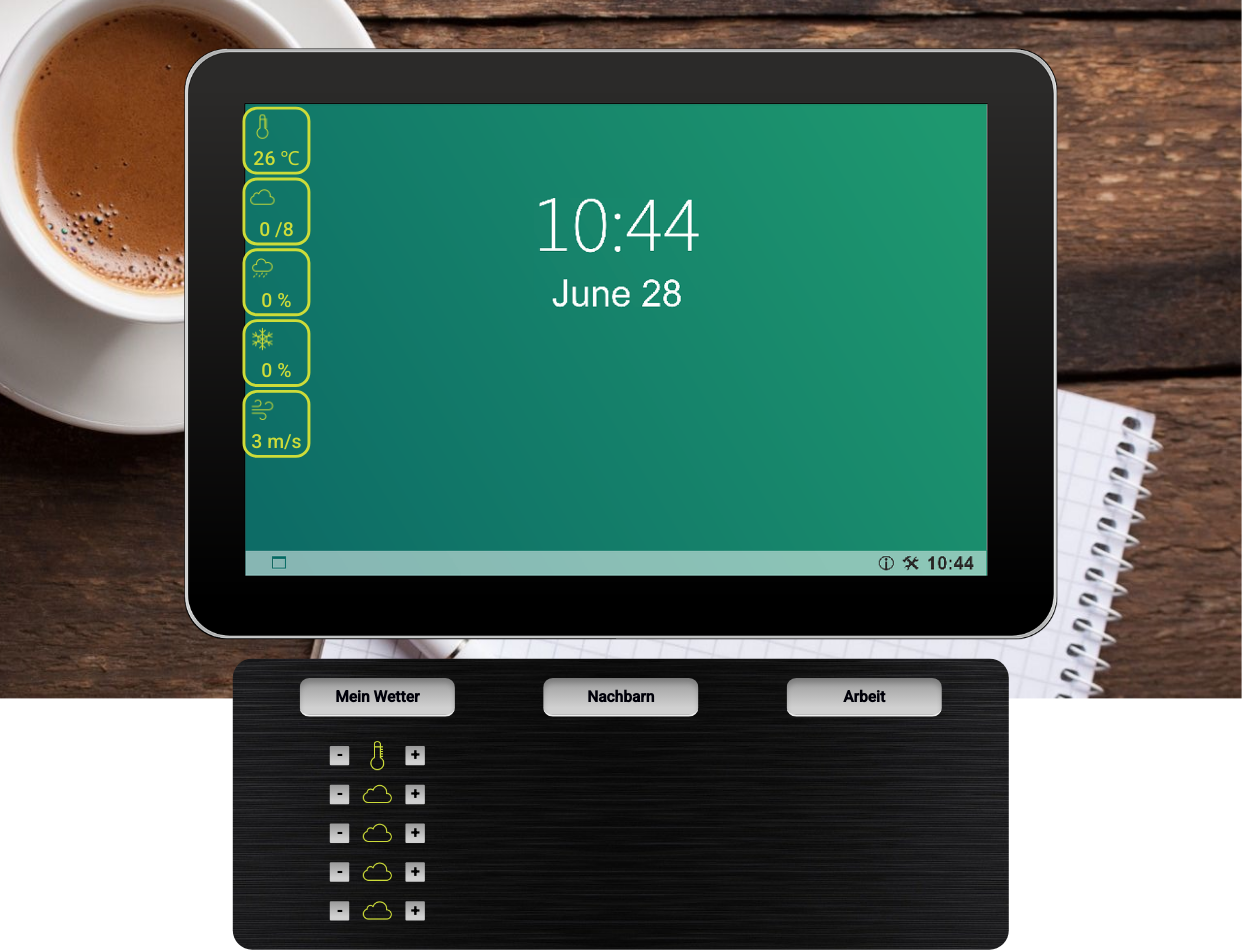
Repository: NadiaSchmitz/wetter.githab.io
Page: index.html
The author's editor kept a record of every edit. The page is drawn from the files as they stood at one moment, then again after the next edit.
The browser window is 1280 px wide. The pictures show the whole page, at 97% of full size.

Above is the page before.
Not found: styles/background1.css
Not found: styles/background2.css
Not found: styles/background3.css

### index.html
<!DOCTYPE html>
<html>

<head>
  <meta charset="utf-8" />
  <title>Das Wetter</title>
  <link rel="stylesheet" href="./styles/reset.css" type="text/css" />
  <link rel="stylesheet" href="./styles/style.css" type="text/css" />
  <link rel="stylesheet" href="./styles/icons.css" type="text/css" />
  <link rel="stylesheet" href="./styles/table.css" type="text/css" />
  <link rel="stylesheet" href="./styles/tablet.css" type="text/css" />
  <link rel="stylesheet" href="./styles/keyboard.css" type="text/css" />
  <link rel="stylesheet" href="./styles/background1.css" type="text/css" />
  <link rel="stylesheet" href="./styles/background2.css" type="text/css" />
  <link rel="stylesheet" href="./styles/background3.css" type="text/css" />
  <meta name="viewport" content="width=device-width, initial-scale=1.0">
  <link rel="preconnect" href="https://fonts.googleapis.com">
  <link rel="preconnect" href="https://fonts.gstatic.com" crossorigin>
  <link href="https://fonts.googleapis.com/css2?family=Roboto:wght@500&display=swap" rel="stylesheet">
  <link rel="shortcut icon" href="images/favicon.png" type="image/x-icon">
  <script src="https://ajax.googleapis.com/ajax/libs/jquery/2.2.0/jquery.min.js"></script>

</head>

<body>
  <section class="wrapper">
    <div class="coffee"></div>
    <section class="inner_wrapper">
      <div class="weather_wrapper">
        <div id="weather" class="main_layout_my_weather">
        <div id="layout_1" class="layout1_my_weather"></div>
        <div class="status_wrapper">
          <div class="status status_temperature">
            <div class="status_value status_temperature_value">
              <span>26</span>
              <span class="celsius">&#8451;</span>
            </div>
          </div>
          <div class="status status_clouds">
            <div class="status_value status_clouds_value">
              <span>0</span>
              <span>/8</span>
            </div>
          </div>
          <div class="status status_rain">
            <div class="status_value status_rain_value">
              <span>0</span>
              <span>%</span>
            </div>
          </div>
          <div class="status status_snow">
            <div class="status_value status_snow_value">
              <span>0</span>
              <span>%</span>
            </div>
          </div>
          <div class="status status_wind">
            <div class="status_value status_wind_value">
              <span>3</span>
              <span>m/s</span>
            </div>
          </div>
        </div>
      </div>
      </div>
      <div class="control">
        <div class="control_keyboard">
          <div class="control_keyboard_section">
            <div class="weather_button_wrapper">
              <span id="myWeather" class="weather_button">Mein Wetter</span>
            </div>
            <div class="control_keyboard_content">
              <div class="control_keyboard_content_item">
                <span class="control_button temperatur_minus">-</span>
                <span class="control_weather temperatur_value"></span>
                <span class="control_button temperatur_plus">+</span>
              </div>
              <div class="control_keyboard_content_item">
                <span class="control_button clouds_minus">-</span>
                <span class="control_weather clouds_value"></span>
                <span class="control_button clouds_plus">+</span>
              </div>
              <div class="control_keyboard_content_item">
                <span class="control_button clouds_minus">-</span>
                <span class="control_weather clouds_value"></span>
                <span class="control_button clouds_plus">+</span>
              </div>
              <div class="control_keyboard_content_item">
                <span class="control_button clouds_minus">-</span>
                <span class="control_weather clouds_value"></span>
                <span class="control_button clouds_plus">+</span>
              </div>
              <div class="control_keyboard_content_item">
                <span class="control_button clouds_minus">-</span>
                <span class="control_weather clouds_value"></span>
                <span class="control_button clouds_plus">+</span>
              </div>
            </div>
          </div>
          <div class="control_keyboard_section">
            <div class="weather_button_wrapper">
              <span id="nachbarnWeather" class="weather_button">Nachbarn</span>
            </div>
          </div>
          <div class="control_keyboard_section">
            <div class="weather_button_wrapper">
              <span id="arbeitWeather" class="weather_button">Arbeit</span>
            </div>
          </div>
        </div>
      </div>
    </section>
  </section>
  <script type="text/javascript" src="./js/weather.js"></script>
  <script type="text/javascript" src="./js/general.js"></script>
</body>

</html>

### styles/reset.css
html, body, div, span, applet, object, iframe,
h1, h2, h3, h4, h5, h6, p, blockquote, pre,
a, abbr, acronym, address, big, cite, code,
del, dfn, em, img, ins, kbd, q, s, samp,
small, strike, strong, sub, sup, tt, var,
b, u, i, center,
dl, dt, dd, ol, ul, li,
fieldset, form, label, legend,
table, caption, tbody, tfoot, thead, tr, th, td,
article, aside, canvas, details, embed,
figure, figcaption, footer, header, hgroup,
menu, nav, output, ruby, section, summary,
time, mark, audio, video {
	margin: 0;
	padding: 0;
	box-sizing: border-box;
	border: 0;
	font-size: 100%;
	font: inherit;
	vertical-align: baseline;
}
/* HTML5 display-role reset for older browsers */
article, aside, details, figcaption, figure,
footer, header, hgroup, menu, nav, section {
	display: block;
}
body {
	line-height: 1;
}
ol, ul {
	list-style: none;
}
blockquote, q {
	quotes: none;
}
blockquote:before, blockquote:after,
q:before, q:after {
	content: '';
	content: none;
}
table {
	border-collapse: collapse;
	border-spacing: 0;
}

### styles/style.css
.wrapper {
  background-image: url(../images/table.jpg);
  height: calc(100vh);
  background-position: 50% -200px;
}

.inner_wrapper {
  font-family: 'Roboto', sans-serif;
  padding: 50px  0 0 0;
}

.weather_wrapper {
  width: 900px;
  height: 609px;
  background-image: url(../images/tablet.png);
  background-size: contain;
  background-repeat: no-repeat;
  margin: 0 auto 20px;
  padding: 50px;
}

#weather {
  position: relative;
  width: 800px;
  height: 511px;
  background-size: cover;
  background-repeat: no-repeat;
  background-position: 50%;
  margin: 0 auto;
}



#layout_1 {
  position: absolute;
  top: 0;
  bottom: 0;
  left: 0;
  right: 0;
  background-size: cover;
  background-position: 40% 0;
}

.status_wrapper {
  padding: 10px 0 0 10px;
}

.status {
  position: relative;
  width: 70px;
  height: 70px;
  border-radius: 15px;
  border: 3px solid #cddc39;
  background-size: 25px;
  background-position: 5px 5px;
  background-repeat: no-repeat;
  margin: 0 0 3px 0;
}

.status:last-of-type {
  margin: 0;
}

.status_value {
  font-size: 20px;
  line-height: 40px;
  text-align: center;
  color: #cddc39;
  margin: 30px 0 0 0;
}

.control {

}

.control_keyboard {
  width: 800px;
  height: 300px;
  background-color: #3a3939;
  background-size: cover;
  border-radius: 20px;
  text-align: center;
  margin: 0 auto;
  padding: 20px;
}

.control_keyboard_section {
  display: inline-block;
  vertical-align: top;
  width: 32.5%;
  padding: 0 10px 0 10px;
}

.weather_button_wrapper {
  margin: 0 0 30px 0;
}

.weather_button {
  width: 160px;
  height: 40px;
  border-bottom: 2px solid #eee;
  box-shadow: inset rgba(0,0,0,0.2) 0px 5px 6px;
  display: block;
  font-size: 16px;
  line-height: 40px;
  color: #000009;
  font-weight: 700;
  text-align: center;
  text-decoration: none;
  background-image: -webkit-linear-gradient(top, #999, #d0d0d0 80%);
  background-image: -moz-linear-gradient(top, #999, #d0d0d0 80%);
  background-image: -ms-linear-gradient(top, #999, #d0d0d0 80%);
  background-image: -o-linear-gradient(top, #999, #d0d0d0 80%);
  background-image: linear-gradient(top, #999, #d0d0d0 80%);
  -moz-border-radius: 10px;
  -webkit-border-radius: 10px;
  border-radius: 10px;
  -webkit-transition: all .1s ease-in;
  -moz-transition: all .1s ease-in;
  -ms-transition: all .1s ease-in;
  -o-transition: all .1s ease-in;
  transition: all .1s ease-in;
  cursor: pointer;
  margin: 0 auto;
}

.weather_button:hover {
  -webkit-box-shadow: rgba(0,0,0,.4) 0 3px 8px;
  -moz-box-shadow: rgba(0,0,0,.4) 0 3px 8px;
  box-shadow: rgba(0,0,0,.4) 0 3px 8px;
}

.weather_button:active {
  color: #777;
  border-bottom: 1px solid #fff;
  -webkit-box-shadow: inset rgba(0,0,0,.5) 0px 5px 10px;
  -moz-box-shadow: inset rgba(0,0,0,.5) 0px 5px 10px;
  box-shadow: inset rgba(0,0,0,.5) 0px 5px 10px;
}

.control_keyboard_content_item {
  margin: 0 0 15px 0;
}

.control_button {
  display: inline-block;
  vertical-align: top;
  width: 20px;
  height: 20px;
  font-size: 16px;
  line-height: 20px;
  font-weight: 700;
  text-align: center;
  background-image: -webkit-linear-gradient(top, #999, #d0d0d0 80%);
  background-image: -moz-linear-gradient(top, #999, #d0d0d0 80%);
  background-image: -ms-linear-gradient(top, #999, #d0d0d0 80%);
  background-image: -o-linear-gradient(top, #999, #d0d0d0 80%);
  background-image: linear-gradient(top, #999, #d0d0d0 80%);
  -moz-border-radius: 1px;
  -webkit-border-radius: 1px;
  border-radius: 1px;
  -webkit-transition: all .1s ease-in;
  -moz-transition: all .1s ease-in;
  -ms-transition: all .1s ease-in;
  -o-transition: all .1s ease-in;
  transition: all .1s ease-in;
}

.control_weather {
  display: inline-block;
  vertical-align: top;
  width: 30px;
  height: 30px;
  background-position: 50%;
  background-size: cover;
  margin: -5px 10px 0 10px;
}

### js/weather.js
var weatherArray = [];
weatherArray = [
  {
    weatherOwner: "myWeather",
    temperaturUnderLimit: 25,
    temperaturStandart: 26,
    temperaturUpperLimit: 27,
    cloudsUnderLimit: 0,
    cloudsStandart: 0,
    cloudsUpperLimit: 1,
    rainUnderLimit: 0,
    rainStandart: 0,
    rainUpperLimit: 5,
    snowUnderLimit: 0,
    snowStandart: 0,
    snowUpperLimit: 0,
    windUnderLimit: 3,
    windStandart: 3,
    windUpperLimit: 5,
    mainLayoutClass: "main_layout_my_weather",
    layout1: "layout1_my_weather",
    layout2: ""
  },

  {
    weatherOwner: "nachbarnWeather",
    temperaturUnderLimit: 3,
    temperaturStandart: 5,
    temperaturUpperLimit: 8,
    cloudsUnderLimit: 7,
    cloudsStandart: 8,
    cloudsUpperLimit: 9,
    rainUnderLimit: 80,
    rainStandart: 90,
    rainUpperLimit: 100,
    snowUnderLimit: 0,
    snowStandart: 0,
    snowUpperLimit: 0,
    windUnderLimit: 20,
    windStandart: 30,
    windUpperLimit: 40,
    mainLayoutClass: "main_layout_nachbarn_weather",
    layout1: "layout1_nachbarn_weather",
    layout2: ""
  },

  {
    weatherOwner: "arbeitWeather",
    temperaturUnderLimit: -10,
    temperaturStandart: -20,
    temperaturUpperLimit: -30,
    cloudsUnderLimit: 3,
    cloudsStandart: 4,
    cloudsUpperLimit: 5,
    rainUnderLimit: 0,
    rainStandart: 0,
    rainUpperLimit: 0,
    snowUnderLimit: 30,
    snowStandart: 50,
    snowUpperLimit: 80,
    windUnderLimit: 0,
    windStandart: 0,
    windUpperLimit: 0,
    mainLayoutClass: "main_layout_arbeit_weather",
    layout1: "layout1_arbeit_weather",
    layout2: ""
  },
]

$(document).ready(function() {
  $(".weather_button").click(function() {
    var buttonId = $(this).attr('id');
    console.log(buttonId);
    for (var i = 0; i < weatherArray.length; i++) {
      if (buttonId == weatherArray[i].weatherOwner) {
        var styleId = i;
        $('#weather').removeClass().addClass(weatherArray[styleId].mainLayoutClass);
        $('#layout_1').removeClass().addClass(weatherArray[styleId].layout1);
        /*$('.sidebar_left').css('backgroundColor', colorSchemeArray[styleId].colorSidebarLeft);
        $('h4').css('backgroundColor', colorSchemeArray[styleId].colorTopic);*/
      }
    }
  });
})

### js/general.js
$(document).ready(function() {
    var widthScreen = $(window).width() - 700;
    var heightScreen = widthScreen / 1.5;

    var screenRatio = widthScreen / heightScreen;

    console.log(widthScreen);
    console.log(heightScreen);
    console.log(screenRatio);

    $(".weather").css("width", widthScreen);
    $(".weather").css("height", heightScreen);
})

Loaded but not shown: styles/icons.css (library); styles/table.css (library); styles/tablet.css (library); styles/keyboard.css (library)

After the next edit:
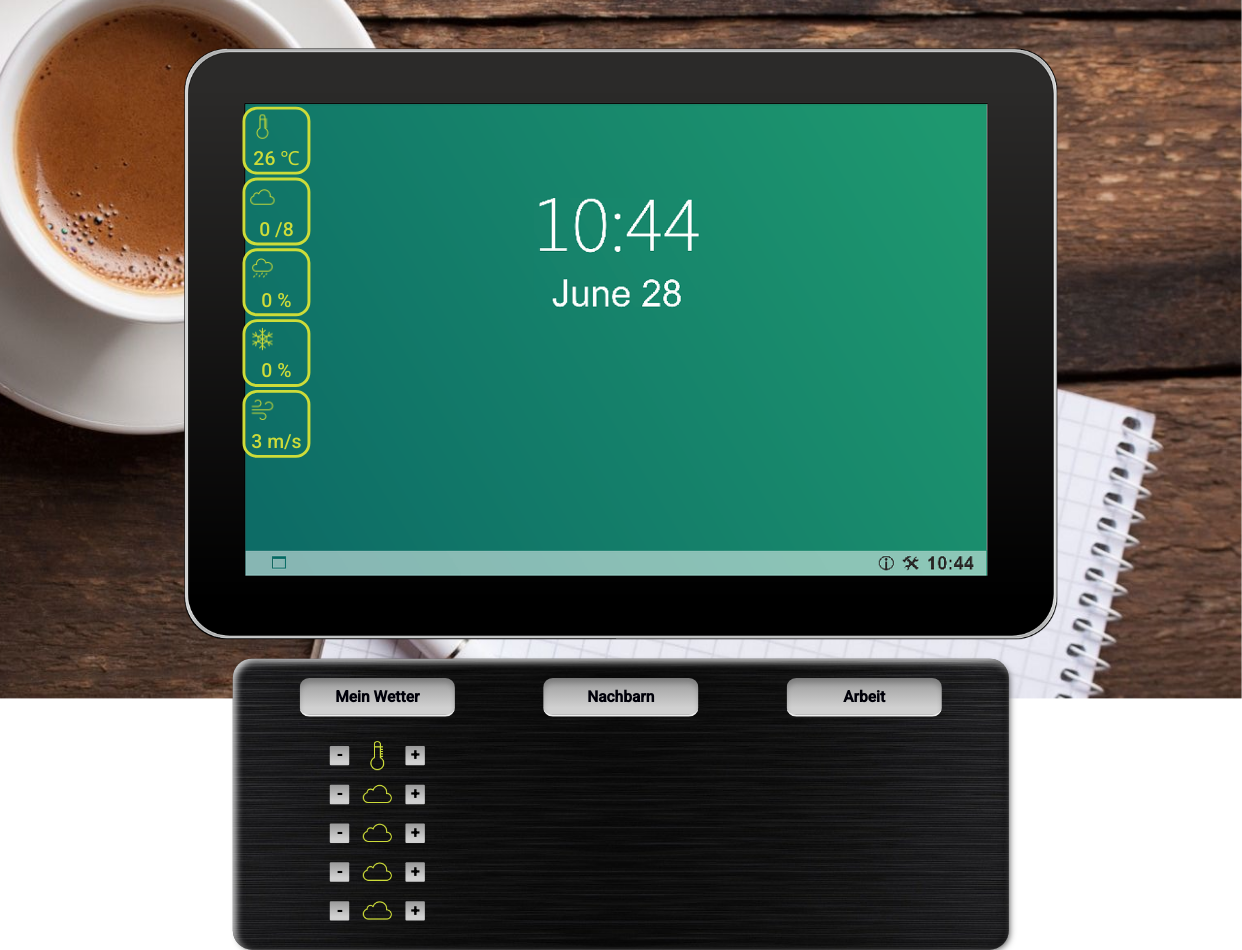
The edit:
--- a/styles/style.css
+++ b/styles/style.css
@@ -80,6 +80,7 @@
   background-size: cover;
   border-radius: 20px;
   text-align: center;
+  box-shadow: inset rgba(0,0,0,.5) -3px -3px 8px, inset rgba(255,255,255,.9) 3px 3px 8px, rgba(0,0,0,.8) 3px 3px 8px -3px;
   margin: 0 auto;
   padding: 20px;
 }
